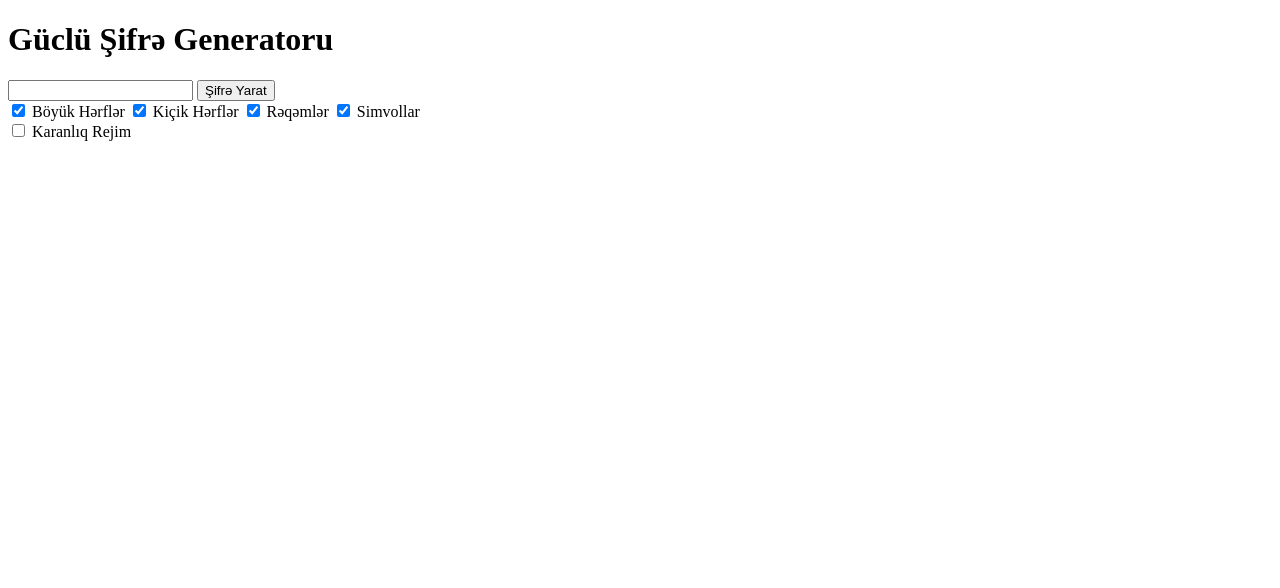
Repository: ferhadsultan98/pass-generator
Page: pass.html
An editor plug-in stored every save of this project. The page is shown before and after the next save, followed by the edit.
The browser window is 1280 px wide. The pictures show the whole page.

Above is the page before, as saved 2025-03-04 12:00:04.
Not found: script.js
Not found: styles.css

After the next save:
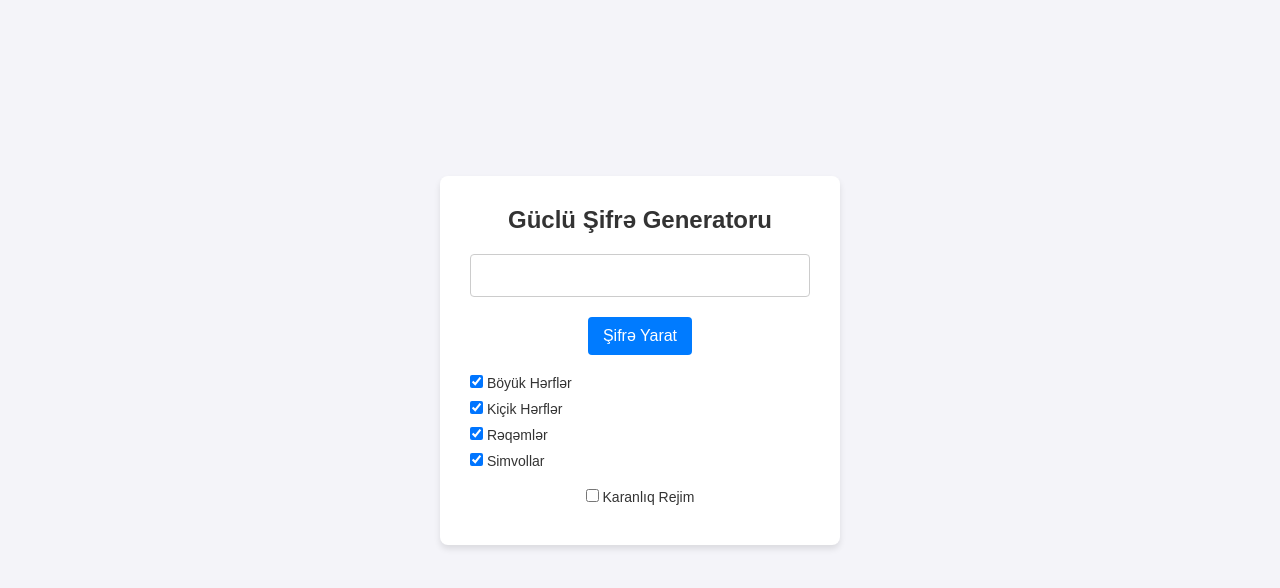
Saved 11 s later.
--- a/pass.html
+++ b/pass.html
@@ -4,7 +4,107 @@
   <meta charset="UTF-8">
   <meta name="viewport" content="width=device-width, initial-scale=1.0">
   <title>Güclü Şifrə Generatoru</title>
-  <link rel="stylesheet" href="styles.css">
+<style>
+    * {
+  margin: 0;
+  padding: 0;
+  box-sizing: border-box;
+}
+
+body {
+  font-family: Arial, sans-serif;
+  height: 100vh;
+  display: flex;
+  justify-content: center;
+  align-items: center;
+  background-color: #f4f4f9;
+  color: #333;
+  transition: background-color 0.3s, color 0.3s;
+}
+
+body.dark-mode {
+  background-color: #333;
+  color: #f4f4f9;
+}
+
+.container {
+  background-color: #fff;
+  padding: 30px;
+  border-radius: 8px;
+  box-shadow: 0 4px 6px rgba(0, 0, 0, 0.1);
+  text-align: center;
+  width: 100%;
+  max-width: 400px;
+}
+
+body.dark-mode .container {
+  background-color: #444;
+  box-shadow: 0 4px 6px rgba(0, 0, 0, 0.3);
+}
+
+h1 {
+  margin-bottom: 20px;
+  font-size: 24px;
+}
+
+#password {
+  width: 100%;
+  padding: 10px;
+  font-size: 18px;
+  margin-bottom: 20px;
+  border: 1px solid #ccc;
+  border-radius: 4px;
+}
+
+button {
+  padding: 10px 15px;
+  font-size: 16px;
+  background-color: #007bff;
+  color: white;
+  border: none;
+  border-radius: 4px;
+  cursor: pointer;
+}
+
+button:hover {
+  background-color: #0056b3;
+}
+
+.options {
+  margin-top: 20px;
+  text-align: left;
+}
+
+label {
+  display: block;
+  margin-bottom: 10px;
+  font-size: 14px;
+}
+
+.theme-switch {
+  margin-top: 20px;
+}
+
+body.dark-mode .theme-switch label {
+  color: #fff;
+}
+
+/* Responsiveness */
+@media (max-width: 500px) {
+  .container {
+    padding: 20px;
+  }
+
+  h1 {
+    font-size: 20px;
+  }
+
+  button {
+    font-size: 14px;
+  }
+}
+
+</style>
 </head>
 <body>
   <div class="container">
